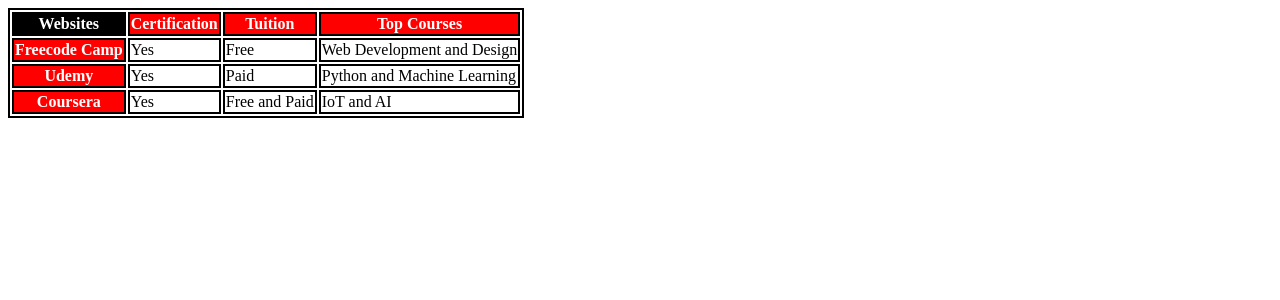
Repository: Divineridh/LPPAChallenges
Page: Trabajos en Clase/ejercicio clase 04-3/index.html
These files come from the project's save history. The page is drawn as it stood at one moment and after the next save; the edit follows.
The browser window is 1280 px wide. The pictures show the whole page.

Above is the page before, as saved 2022-04-26 21:28:48.

After the next save:
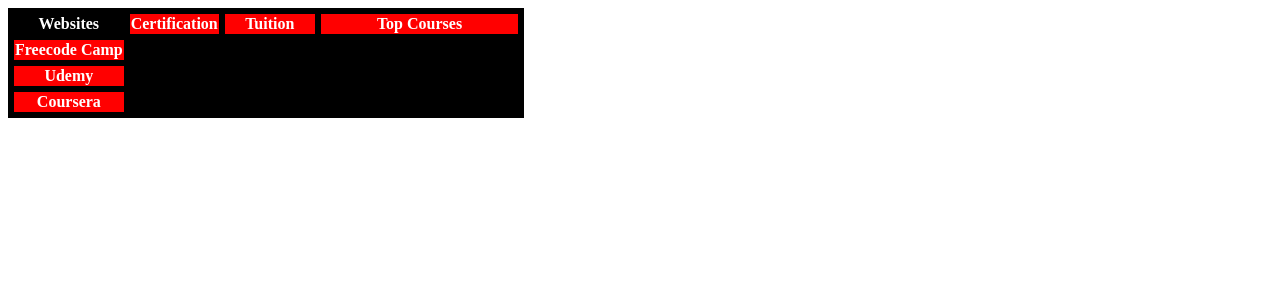
Saved 6 min 3 s later.
--- a/Trabajos en Clase/ejercicio clase 04-3/styles.css
+++ b/Trabajos en Clase/ejercicio clase 04-3/styles.css
@@ -13,3 +13,7 @@ table, th, td {
 th {
     color: #ffffff;
 }
+
+table {
+    background-color: #000000;
+}

After the save that followed:
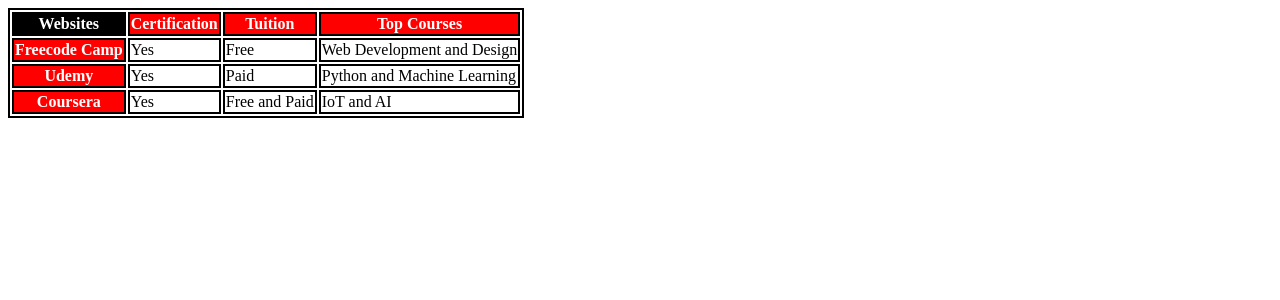
Saved 6 s later.
--- a/Trabajos en Clase/ejercicio clase 04-3/styles.css
+++ b/Trabajos en Clase/ejercicio clase 04-3/styles.css
@@ -13,7 +13,3 @@ table, th, td {
 th {
     color: #ffffff;
 }
-
-table {
-    background-color: #000000;
-}
